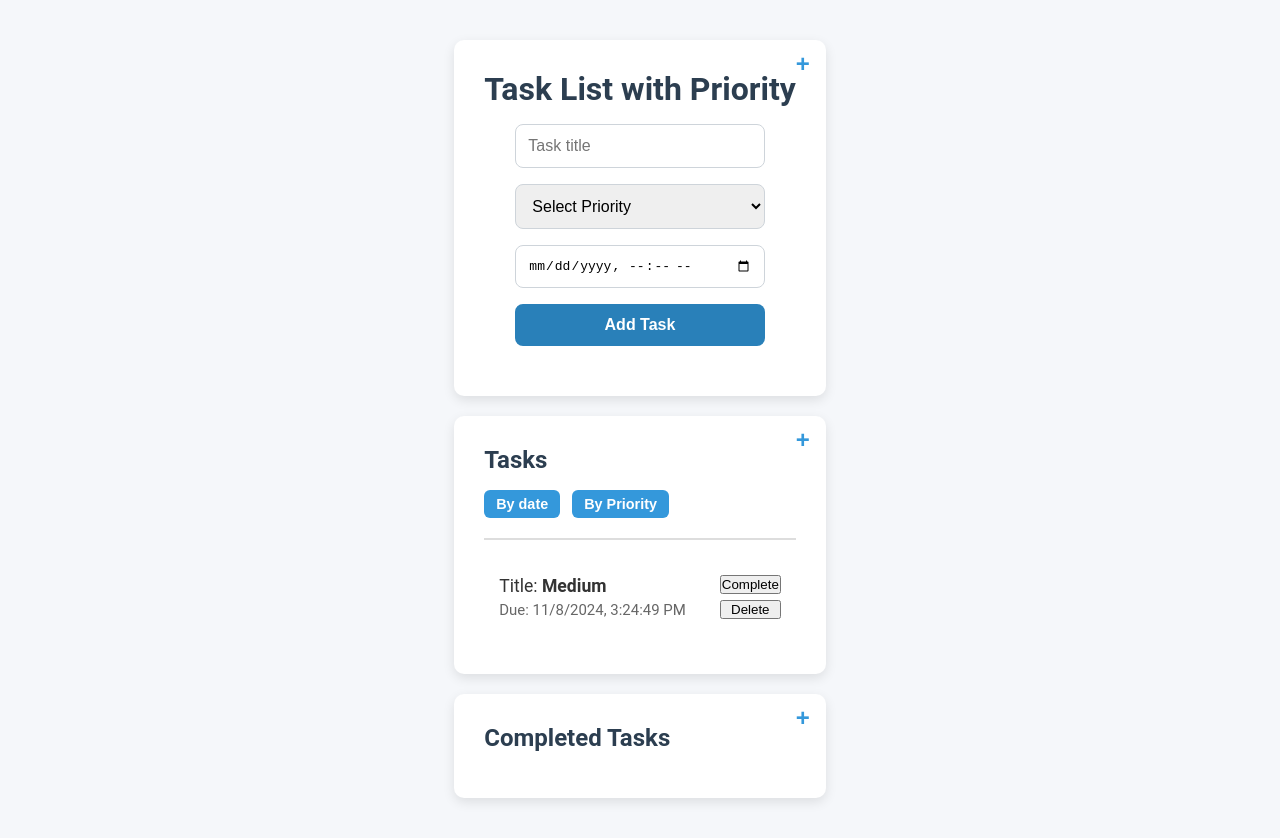
Repository: Lithium87/TaskList
Page: /
An editor plug-in stored every save of this project. The page is shown before and after the next save, followed by the edit.
The browser window is 1280 px wide. The pictures show the whole page.
The project was rebuilt for these pictures with package versions that can differ from the ones it lists, and the page was loaded fresh each time. Also part of the build but not shown: vite.config.js.

Above is the page before, as saved 2025-07-08 16:44:39.

### src/index.css
/* General app styles */
* {
  box-sizing: border-box;
  margin: 0;
  padding: 0;
}

body {
  font-family: "Roboto", sans-serif;
  background-color: #f5f7fa;
  display: flex;
  justify-content: center;
  align-items: flex-start;
  min-height: 100vh;
  padding: 40px;
  color: #333;
}

.app {
  display: flex;
  flex-direction: column;
  gap: 20px;
  max-width: 500px;
  width: 100%;
}

/* Main container for current tasks and completed tasks */
.task-container,
.completed-task-container {
  position: relative;
  background-color: #ffffff;
  border-radius: 10px;
  box-shadow: 0 4px 12px rgba(0, 0, 0, 0.1);
  padding: 30px;
}

/* Headings */
h1,
h2 {
  color: #2c3e50;
  margin-bottom: 16px;
}

/* Completed Task toggle button */
.completed-header {
  display: flex;
  align-items: center;
  justify-content: space-between;
}

.toggle-button {
  background: none;
  border: none;
  cursor: pointer;
  font-size: 1.2em;
  color: #3498db;
  transition: transform 0.3s ease;
}

.toggle-button.open {
  transform: rotate(180deg);
}

/* Sort buttons container */
.sort-controls {
  display: flex;
  justify-content: start;
  align-items: center;
  gap: 12px;
  margin-bottom: 20px;
}

/* Close/open button for sections */
.close-button {
  background: none;
  border: none;
  font-size: 1.5em;
  font-weight: bold;
  color: #3498db;
  cursor: pointer;
  position: absolute;
  top: 10px;
  right: 16px;
  padding: 0;
  transition: color 0.3s, transform 0.3s ease;
}

.close-button.open {
  transform: rotate(135deg); /* Turns "×" into "+" */
  color: #2980b9;
}

.close-button:hover {
  color: #2980b9;
}

/* Sort buttons */
.sort-button {
  padding: 6px 12px;
  background-color: #3498db;
  border: none;
  color: white;
  font-size: 0.9em;
  font-weight: bold;
  border-radius: 6px;
  cursor: pointer;
  transition: background-color 0.3s;
}

.sort-button.active {
  background-color: #2980b9;
  font-weight: bold;
}

.sort-button:hover {
  background-color: #2980b9;
}

/* Task form styles */
.task-form {
  display: flex;
  flex-direction: column;
  align-items: center;
  margin-bottom: 20px;
  animation: fade-in 0.5s ease-in-out;
}

.task-form input[type="text"],
.task-form select,
.task-form input[type="datetime-local"] {
  margin: 0 0 16px 0;
  padding: 12px;
  border-radius: 8px;
  border: 1px solid #ced4da;
  width: 80%;
  font-size: 1em;
  transition: border 0.3s;
}

.task-form input:focus,
.task-form select:focus,
.task-form input[type="datetime-local"]:focus {
  outline: none;
  border-color: #3498db;
}

.task-form button {
  padding: 12px 24px;
  border: none;
  background-color: #2980b9;
  color: white;
  font-size: 1em;
  font-weight: bold;
  border-radius: 8px;
  cursor: pointer;
  transition: background-color 0.3s, transform 0.2s;
  width: 80%;
}

.task-form button:hover {
  background-color: #2980b9;
  transform: translateY(-2px);
}

/* Task list styles */
.task-list,
.completed-task-list {
  list-style-type: none;
  padding: 0;
  width: 100%;
}

/* Task item styles */
.task-item {
  padding: 15px;
  border-radius: 8px;
  display: flex;
  justify-content: space-between;
  align-items: center;
  margin: 10px 0;
  font-size: 1.1em;
  transition: transform 0.2s, opacity 0.3s;
  animation: fade-in 0.5s ease-in-out;
}

.task-item.high {
  background-color: #f8d7da;
  color: #721c24;
  border-left: 6px solid #f5c6cb;
}

.task-item.medium {
  background-color: #fff3cd;
  color: #856404;
  border-left: 6px solid #ffeeba;
}

.task-item.low {
  background-color: #d4edda;
  color: #155724;
  border-left: 6px solid #c3e6cb;
}

.task-item:hover {
  transform: scale(1.02);
}

.task-info {
  flex: 1;
  text-align: left;
}

/* Date text style */
.task-deadline {
  font-size: 0.85em;
  color: #666;
  margin-top: 5px;
}

/* Buttons container for vertical alignment */
.task-buttons {
  display: flex;
  flex-direction: column;
  gap: 6px;
}

/* Complete button */
.complete-button {
  padding: 6px 10px;
  background-color: #2ecc71;
  border: none;
  color: white;
  border-radius: 6px;
  font-size: 0.85em;
  font-weight: bold;
  cursor: pointer;
  transition: background-color 0.3s, transform 0.2s;
}

.complete-button:hover {
  background-color: #27ae60;
  transform: translateY(-2px);
}

/* Delete button */
.delete-button {
  padding: 6px 10px;
  background-color: #e74c3c;
  border: none;
  color: white;
  border-radius: 6px;
  font-size: 0.85em;
  font-weight: bold;
  cursor: pointer;
  transition: background-color 0.3s, transform 0.2s;
}

.delete-button:hover {
  background-color: #c0392b;
  transform: translateY(-2px);
}

/* Completed task item */
.task-item.completed {
  background-color: #e0f7df;
  color: #155724;
  border-left: 6px solid #a5d6a7;
  opacity: 0.9;
}

/* Animation for completed tasks */
.completed-task-list .task-item {
  animation: fade-in 0.5s ease-in-out;
}

@keyframes fade-in {
  from {
    opacity: 0;
    transform: translateY(-10px);
  }
  to {
    opacity: 1;
    transform: translateY(0);
  }
}

/* Completed task list container with smooth slide-down effect */
.completed-task-list-container {
  overflow: hidden;
  max-height: 0;
  opacity: 0;
  transition: max-height 0.5s ease, opacity 0.5s ease;
}

.completed-task-list-container.open {
  max-height: 500px; /* Adjust as needed */
  opacity: 1;
}

/* Completed task list section */
.completed-task-list,
.task-list {
  margin-top: 20px;
  padding-top: 10px;
  border-top: 2px solid #ddd;
}

.footer {
  text-align: center;
  margin-top: 20px;
  padding: 10px;
  background-color: #f0f0f0;
  font-size: 0.9em;
}

### src/App.jsx
function App () {
  return (
    <div className="app">
      <div className="task-container">
        <h1>Task List with Priority</h1>
        <button className="close-button">+</button>
        <TaskForm />
      </div>

      <div className="task-container">
        <h2>Tasks</h2>
        <button className="close-button">+</button>
        <div className="sort-controls">
          <button className="sort-button">By date</button>
          <button className="sort-button">By Priority</button>
        </div>
        <TaskList />
      </div>

      <div className="completed-task-container">
        <h2>Completed Tasks</h2>
        <button className="close-button">+</button>
      </div>
    </div>
  );
}

const TaskForm = () => {
  return (
    <form className="task-form">
      <input type="text" value={''} placeholder="Task title" required />
      <select value={''} required>
        <option value="" disabled>Select Priority</option>
        <option value="low">Low Priority</option>
        <option value="medium">Medium Priority</option>
        <option value="high">High Priority</option>
      </select>
      <input type="datetime-local" value={''} required />
      <button type="submit">Add Task</button>
    </form>
  );
};

const TaskList = () => {
  return (
    <ul className="task-list">
      <TaskItem title="Task 1" priority="low" dueDate="2023-10-01T10:00" />
    </ul>
  );
};

const TaskItem = () => {
  return (
    <li className="task-item">
      <div className="task-info">
        <div>
          Title: <strong>Medium</strong>
        </div>
        <div className="task-deadline">
          Due: {new Date ().toLocaleString ()}
        </div>
      </div>
      <div className="task-buttons">
        <button>Complete</button>
        <button>Delete</button>
      </div>
    </li>
  );
};

export default App;

Loaded but not shown: src/main.jsx (common file)

After the next save:
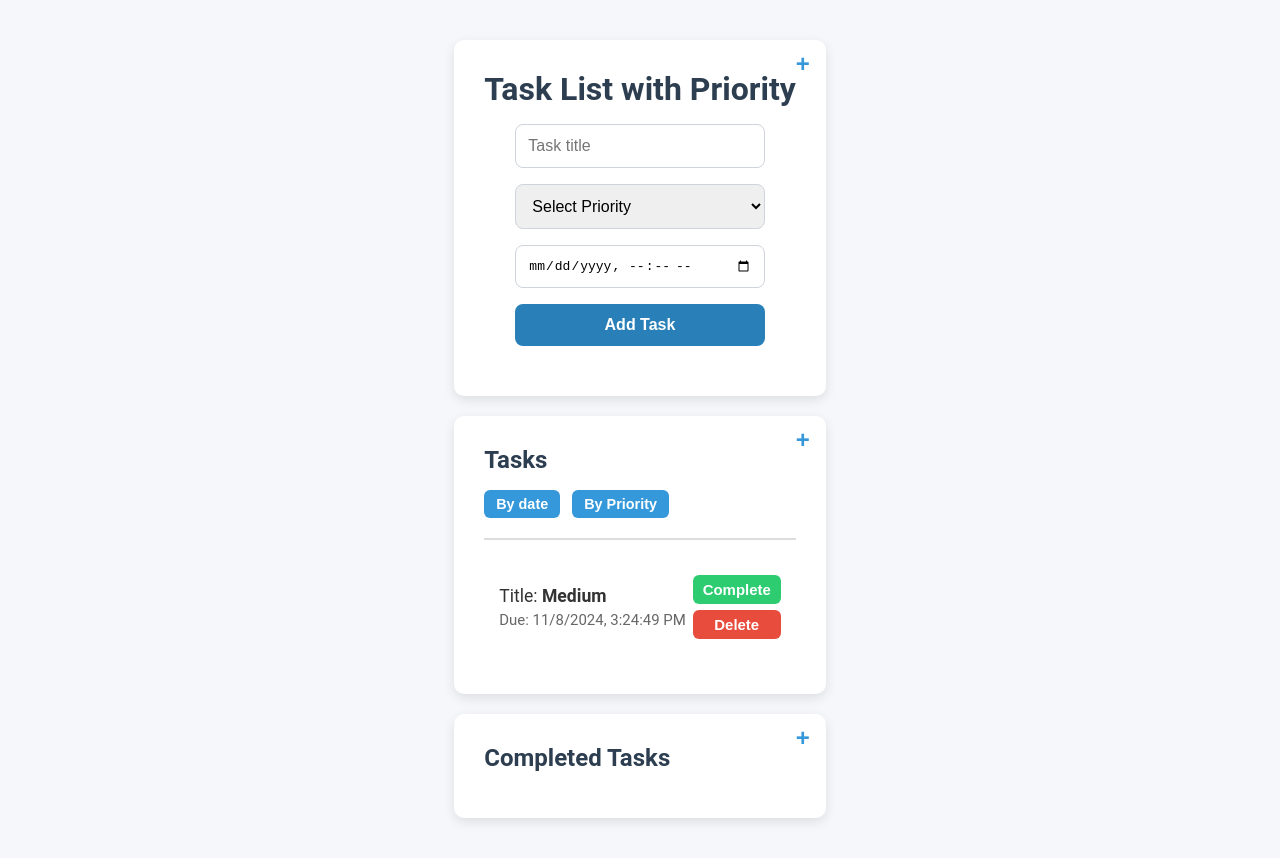
Saved 67 s later.
--- a/src/App.jsx
+++ b/src/App.jsx
@@ -61,8 +61,8 @@ const TaskItem = () => {
         </div>
       </div>
       <div className="task-buttons">
-        <button>Complete</button>
-        <button>Delete</button>
+        <button className="complete-button">Complete</button>
+        <button className="delete-button">Delete</button>
       </div>
     </li>
   );
